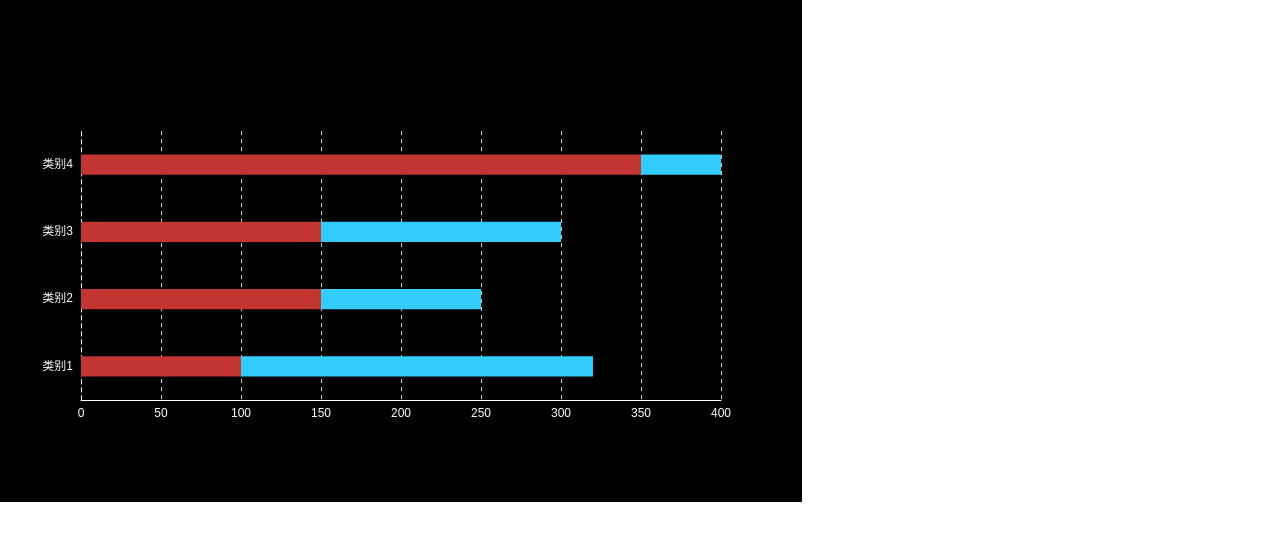
Repository: 572031690/echartproj
Page: /#/test
An editor plug-in stored every save of this project. The page is shown before and after the next save, followed by the edit.
The browser window is 1280 px wide. The pictures show the whole page.
The project was rebuilt for these pictures with package versions that can differ from the ones it lists, and the page was loaded fresh each time. Also part of the build but not shown: vue.config.js, src/components/Seller.vue, src/views/SellerPage.vue, src/utils/theme_utils.js, src/components/Trend.vue, src/views/TrendPage.vue, src/utils/map_utils.js, src/components/Map.vue and 9 more.

Above is the page before, as saved 2021-08-05 10:30:24.

### public/index.html
<!DOCTYPE html>
<html lang="en">
  <head>
    <meta charset="utf-8">
    <meta http-equiv="X-UA-Compatible" content="IE=edge">
    <meta name="viewport" content="width=device-width,initial-scale=1.0">
    <link rel="icon" href="<%= BASE_URL %>favicon.ico">
    <title><%= htmlWebpackPlugin.options.title %></title>
  </head>
  <body>
    <noscript>
      <strong>We're sorry but <%= htmlWebpackPlugin.options.title %> doesn't work properly without JavaScript enabled. Please enable it to continue.</strong>
    </noscript>
    <div id="app"></div>
    <!-- built files will be auto injected -->
    <!-- 一旦通过script标签引入的echarts.js的文件之后呢, window.echarts -->
    <script src="static/lib/echarts.min.js"></script>
    <!-- 引入主题的js文件 -->
    <script src="static/theme/chalk.js"></script>
    <script src="static/theme/vintage.js"></script>
  </body>
</html>

### src/main.js
import Vue from 'vue'
import App from './App.vue'
import router from './router'
import store from './store'
// 引入字体的文件
import './assets/font/iconfont.css'
// 引入全局的样式文件
import './assets/css/global.less'
import axios from 'axios'
import SocketService from './utils/socket_service'

// 调用socket **********
// import SocketService from '@/utils/socket_service'
// 对服务端进行webSocket连接 *********
// SocketService.Instance.connect()
// Vue.prototype.$socket = SocketService.Instance

// 请求基准路径的配置
axios.defaults.baseURL = 'http://127.0.0.1:8888/api/'
// 将axios挂载到Vue的原型对象上
// 在别的组件中 this.$http
Vue.prototype.$http = axios

// 将全局的echarts对象挂载到Vue的原型对象上
// 别的组件中 this.$echarts
Vue.prototype.$echarts = window.echarts

Vue.config.productionTip = false

new Vue({
  router,
  store,
  render: h => h(App)
}).$mount('#app')

### src/App.vue
<template>
  <div id="app">
    <!-- 路由占位符 -->
    <router-view></router-view>
  </div>
</template>

<style lang="less">

</style>

### src/router/index.js
import Vue from 'vue'
import VueRouter from 'vue-router'
import SellerPage from '@/views/SellerPage'
import TrendPage from '@/views/TrendPage'
import MapPage from '@/views/MapPage'
import RankPage from '@/views/RankPage'
import HotPage from '@/views/HotPage'
import StockPage from '@/views/StockPage'
import Test from '../components/Test.vue'
import ScreenPage from '@/views/ScreenPage'

Vue.use(VueRouter)

const routes = [
  {
    path: '/',
    redirect: '/screen'
  },
  {
    path: '/screen',
    component: ScreenPage
  },
  {
    path: '/sellerpage',
    component: SellerPage
  },
  {
    path: '/trendpage',
    component: TrendPage
  },
  {
    path: '/mappage',
    component: MapPage
  },
  {
    path: '/rankpage',
    component: RankPage
  },
  {
    path: '/hotpage',
    component: HotPage
  },
  {
    path: '/stockpage',
    component: StockPage
  },
  {
    path: '/test',
    component: Test
  }

]

const router = new VueRouter({
  routes
})

export default router

### src/store/index.js
import Vue from 'vue'
import Vuex from 'vuex'

Vue.use(Vuex)

export default new Vuex.Store({
  state: {
    theme: 'chalk'
  },
  mutations: {
    changeTheme (state) {
      if(state.theme === 'chalk'){
        state.theme = 'vintage'
      }else{
        state.theme = 'chalk'
      }
    }
  },
  actions: {
  },
  modules: {
  }
})

### src/assets/css/global.less
html, body, #app {
  width: 100%;
  height: 100%;
  padding: 0;
  margin: 0;
  overflow: hidden;
}

.com-page {
  width: 100%;
  height: 100%;
  overflow: hidden;
}

.com-container {
  width: 100%;
  height: 100%;
  overflow: hidden;
  position: relative;
}

.com-chart {
  width: 100%;
  height: 100%;
  overflow: hidden;
}

canvas {
  border-radius: 20px;
}

/*无法选中图片文字方法*/
span,div,img{
  user-select:none;
}

### src/utils/socket_service.js
export default class SocketService {
    // 单例的设计模式
    //如果别人通过get Instance 来的到我的实例对象 那我只会给他返回同一个实例对象
    static instance = null
    static get Instance() {
        if (!this.instance) {
            this.instance = new SocketService()
        }
        return this.instance
    }

    //和服务端连接的socket对象
    ws = null
    //存储回调函数
    callBackMapping = {}
    //定义连接服务器的方法
    connect() {
        //连接服务器
        if (!window.WebSocket) {
            return console.log('你的浏览器不支持WebSocket');
        }
        this.ws = new WebSocket('ws://localhost:9998')

        //连接服务端成功
        this.ws.onopen = () => {
            console.log('连接服务端成功');
        }
        //连接服务端失败
        this.ws.onclose = () => {
            console.log('连接服务端失败');
        }
        //得到服务端发送过来的数据
        this.ws.onmessage = msg => {
            console.log('从服务端获取数据');
            //得到的数据在msg的data里面
            // console.log(msg.data);
            const recvData = JSON.parse(msg.data)
            const socketType = recvData.socketType
            //判断回调函数是否存在
            if(this.callBackMapping[socketType]){
                const action = recvData.action
                if(action === 'getData') {
                    const realData = JSON.parse(recvData.data)
                    this.callBackMapping[socketType]
                }else if( action === 'fullScreen') {

                }else if(action === 'themeChange') {

                }
            }
        }
    }
    //回调函数的注册
    registerCallBack(socketType, callBack) {
        this.callBackMapping[socketType] = callBack
    }
    //取消某一个回调函数
    unRegisterCallBack(socketType) {
        this.callBackMapping[socketType] = null
    }

}

### src/components/Test.vue
<template>
  <div class="line-chart" ref="mybar">
    123
  </div>
</template>

<script>
export default {
  mounted() {
    this.getData();
    this.initChart();
  },
  data() {
    return {
      chartInstance: null,
      seriesData: [
        [100, 320],
        [150, 250],
        [150, 300],
        [350, 400]
      ],
      barChart: {
        xAxisData: ["类别1", "类别2", "类别3", "类别4"],
        dataList: []
      }
    };
  },
  methods: {
    initChart() {
      const chartInstance = this.$echarts.init(this.$refs.mybar);
      const option = {
        grid: [
          {
            top: 130,
            bottom: 101
          }
        ],
        yAxis: [
          {
            type: "category",
            data: this.barChart.xAxisData,
            // gridIndex: 0, // x 轴所在的 grid 的索引，默认位于第一个 grid。
            axisLabel: {
              color: "#fff" // 刻度标签文字的颜色
            },
            axisLine: {
              // 设置轴线
              lineStyle: {
                color: "#fff",
                type: "dashed"
              }
            },
            axisTick: {
              show: false // 是否显示坐标轴刻度。
            }
          }
        ],
        xAxis: [
          {
            interval: 50, // 强制设置坐标轴刻度间隔值
            // scale: true,
            type: "value",
            // gridIndex: 0,
            axisLabel: {
              // 刻度标签文字的颜色
              color: "#fff"
            },
            splitLine: {
              // x轴竖线
              lineStyle: {
                // color: "rgba(255, 255, 255, 45)"
                type: "dashed"
              }
            },
            axisLine: {
              // 设置轴线
              show: true,
              // 设置轴线
              lineStyle: {
                color: "#fff"
              }
            },
            axisTick: {
              show: false // 是否显示坐标轴刻度。
            }
          }
        ],
        series: [
          {
            stack: "类1",
            barWidth: "30%", // 宽度
            itemStyle: {
              // color: "#3366cc"
            },
            opacity: 0,
            data: this.barChart.dataList[0],
            type: "bar"
          },
          {
            label: {
              show: false
            },
            stack: "类1",
            xAxisIndex: 0,
            barWidth: "30%", // 宽度
            itemStyle: {
              color: "#33ccff"
            },
            data: this.barChart.dataList[1],
            type: "bar"
          }
        ]
      };
      chartInstance.setOption(option);
    },
    getData() {
      this.barChart.dataList[0] = this.seriesData.map(item => {
        return item[0];
      });
      this.barChart.dataList[1] = this.seriesData.map(item => {
        return item[1] - item[0];
      });
      console.log(this.barChart.dataList);
    }
  }
};
</script>

<style>
.line-chart {
  width: 800px;
  height: 500px;
  border: 1px solid black;
  background: #000;
}
</style>

### public/static/theme/vintage.js
(function (root, factory) {
    if (typeof define === 'function' && define.amd) {
        // AMD. Register as an anonymous module.
        define(['exports', 'echarts'], factory);
    } else if (typeof exports === 'object' && typeof exports.nodeName !== 'string') {
        // CommonJS
        factory(exports, require('echarts'));
    } else {
        // Browser globals
        factory({}, root.echarts);
    }
}(this, function (exports, echarts) {
    var log = function (msg) {
        if (typeof console !== 'undefined') {
            console && console.error && console.error(msg);
        }
    };
    if (!echarts) {
        log('ECharts is not Loaded');
        return;
    }
    echarts.registerTheme('vintage', {
        "color": [
            '#0ba82c',
            '#2c6eff',
            '#16f2d9',
            '#fe211e',
            '#fa6900',
            "#eedd78",
            "#73a373",
            "#73b9bc",
            "#7289ab",
            "#91ca8c",
            "#f49f42"
        ],
        "backgroundColor": "#ffffff",
        "textStyle": {},
        "title": {
            "textStyle": {
                "color": "#333333"
            },
            "subtextStyle": {
                "color": "#aaa"
            }
        },
        "line": {
            "itemStyle": {
                "normal": {
                    "borderWidth": "4"
                }
            },
            "lineStyle": {
                "normal": {
                    "width": "3"
                }
            },
            "symbolSize": "0",
            "symbol": "circle",
            "smooth": true
        },
        "radar": {
            "itemStyle": {
                "normal": {
                    "borderWidth": 1
                }
            },
            "lineStyle": {
                "normal": {
                    "width": 2
                }
            },
            "symbolSize": 4,
            "symbol": "emptyCircle",
            "smooth": false
        },
        "bar": {
            "itemStyle": {
                "normal": {
                    "barBorderWidth": 0,
                    "barBorderColor": "#ccc"
                },
                "emphasis": {
                    "barBorderWidth": 0,
                    "barBorderColor": "#ccc"
                }
            }
        },
        "pie": {
            "itemStyle": {
                "normal": {
                    "borderWidth": 0,
                    "borderColor": "#ccc"
                },
                "emphasis": {
                    "borderWidth": 0,
                    "borderColor": "#ccc"
                }
            }
        },
        "scatter": {
            "itemStyle": {
                "normal": {
                    "borderWidth": 0,
                    "borderColor": "#ccc"
                },
                "emphasis": {
                    "borderWidth": 0,
                    "borderColor": "#ccc"
                }
            }
        },
        "boxplot": {
            "itemStyle": {
                "normal": {
                    "borderWidth": 0,
                    "borderColor": "#ccc"
                },
                "emphasis": {
                    "borderWidth": 0,
                    "borderColor": "#ccc"
                }
            }
        },
        "parallel": {
            "itemStyle": {
                "normal": {
                    "borderWidth": 0,
                    "borderColor": "#ccc"
                },
                "emphasis": {
                    "borderWidth": 0,
                    "borderColor": "#ccc"
                }
            }
        },
        "sankey": {
            "itemStyle": {
                "normal": {
                    "borderWidth": 0,
                    "borderColor": "#ccc"
                },
                "emphasis": {
                    "borderWidth": 0,
                    "borderColor": "#ccc"
                }
            }
        },
        "funnel": {
            "itemStyle": {
                "normal": {
                    "borderWidth": 0,
                    "borderColor": "#ccc"
                },
                "emphasis": {
                    "borderWidth": 0,
                    "borderColor": "#ccc"
                }
            }
        },
        "gauge": {
            "itemStyle": {
                "normal": {
                    "borderWidth": 0,
                    "borderColor": "#ccc"
                },
                "emphasis": {
                    "borderWidth": 0,
                    "borderColor": "#ccc"
                }
            }
        },
        "candlestick": {
            "itemStyle": {
                "normal": {
                    "color": "#c23531",
                    "color0": "#314656",
                    "borderColor": "#c23531",
                    "borderColor0": "#314656",
                    "borderWidth": 1
                }
            }
        },
        "graph": {
            "itemStyle": {
                "normal": {
                    "borderWidth": 0,
                    "borderColor": "#ccc"
                }
            },
            "lineStyle": {
                "normal": {
                    "width": 1,
                    "color": "#aaa"
                }
            },
            "symbolSize": 4,
            "symbol": "emptyCircle",
            "smooth": false,
            "color": [
                "#d87c7c",
                "#919e8b",
                "#d7ab82",
                "#6e7074",
                "#61a0a8",
                "#efa18d",
                "#787464",
                "#cc7e63",
                "#724e58",
                "#4b565b"
            ],
            "label": {
                "normal": {
                    "textStyle": {
                        "color": "#eee"
                    }
                }
            }
        },
        "map": {
            "itemStyle": {
                "normal": {
                    "areaColor": "#eeeeee",
                    "borderColor": "#444444",
                    "borderWidth": 0.5
                },
                "emphasis": {
                    "areaColor": "rgba(255,215,0,0.8)",
                    "borderColor": "#444444",
                    "borderWidth": 1
                }
            },
            "label": {
                "normal": {
                    "textStyle": {
                        "color": "#000000"
                    }
                },
                "emphasis": {
                    "textStyle": {
                        "color": "rgb(100,0,0)"
                    }
                }
            }
        },
        "geo": {
            "itemStyle": {
                "normal": {
                    "areaColor": "#eeeeee",
                    "borderColor": "#444444",
                    "borderWidth": 0.5
                },
                "emphasis": {
                    "areaColor": "rgba(255,215,0,0.8)",
                    "borderColor": "#444444",
                    "borderWidth": 1
                }
            },
            "label": {
                "normal": {
                    "textStyle": {
                        "color": "#000000"
                    }
                },
                "emphasis": {
                    "textStyle": {
                        "color": "rgb(100,0,0)"
                    }
                }
            }
        },
        "categoryAxis": {
            "axisLine": {
                "show": true,
                "lineStyle": {
                    "color": "#333"
                }
            },
            "axisTick": {
                "show": true,
                "lineStyle": {
                    "color": "#333"
                }
            },
            "axisLabel": {
                "show": true,
                "textStyle": {
                    "color": "#999"
                }
            },
            "splitLine": {
                "show": false,
                "lineStyle": {
                    "color": [
                        "#ccc"
                    ]
                }
            },
            "splitArea": {
                "show": false,
                "areaStyle": {
                    "color": [
                        "rgba(250,250,250,0.3)",
                        "rgba(200,200,200,0.3)"
                    ]
                }
            }
        },
        "valueAxis": {
            "axisLine": {
                "show": true,
                "lineStyle": {
                    "color": "#666666"
                }
            },
            "axisTick": {
                "show": false,
                "lineStyle": {
                    "color": "#333"
                }
            },
            "axisLabel": {
                "show": true,
                "textStyle": {
                    "color": "#aaaaaa"
                }
            },
            "splitLine": {
                "show": false,
                "lineStyle": {
                    "color": [
                        "#e6e6e6"
                    ]
                }
            },
            "splitArea": {
                "show": false,
                "areaStyle": {
                    "color": [
                        "rgba(250,250,250,0.05)",
                        "rgba(200,200,200,0.02)"
                    ]
                }
            }
        },
        "logAxis": {
            "axisLine": {
                "show": true,
                "lineStyle": {
                    "color": "#333"
                }
            },
            "axisTick": {
                "show": true,
                "lineStyle": {
                    "color": "#333"
                }
            },
            "axisLabel": {
                "show": true,
                "textStyle": {
                    "color": "#333"
                }
            },
            "splitLine": {
                "show": true,
                "lineStyle": {
                    "color": [
                        "#ccc"
                    ]
                }
            },
            "splitArea": {
                "show": false,
                "areaStyle": {
                    "color": [
                        "rgba(250,250,250,0.3)",
                        "rgba(200,200,200,0.3)"
                    ]
                }
            }
        },
        "timeAxis": {
            "axisLine": {
                "show": true,
                "lineStyle": {
                    "color": "#333"
                }
            },
            "axisTick": {
                "show": true,
                "lineStyle": {
                    "color": "#333"
                }
            },
            "axisLabel": {
                "show": true,
                "textStyle": {
                    "color": "#333"
                }
            },
            "splitLine": {
                "show": true,
                "lineStyle": {
                    "color": [
                        "#ccc"
                    ]
                }
            },
            "splitArea": {
                "show": false,
                "areaStyle": {
                    "color": [
                        "rgba(250,250,250,0.3)",
                        "rgba(200,200,200,0.3)"
                    ]
                }
            }
        },
        "toolbox": {
            "iconStyle": {
                "normal": {
                    "borderColor": "#999999"
                },
                "emphasis": {
                    "borderColor": "#666666"
                }
            }
        },
        "legend": {
            "textStyle": {
                "color": "#333333"
            }
        },
        "tooltip": {
            "axisPointer": {
                "lineStyle": {
                    "color": "#cccccc",
                    "width": 1
                },
                "crossStyle": {
                    "color": "#cccccc",
                    "width": 1
                }
            }
        },
        "timeline": {
            "lineStyle": {
                "color": "#293c55",
                "width": 1
            },
            "itemStyle": {
                "normal": {
                    "color": "#293c55",
                    "borderWidth": 1
                },
                "emphasis": {
                    "color": "#a9334c"
                }
            },
            "controlStyle": {
                "normal": {
                    "color": "#293c55",
                    "borderColor": "#293c55",
                    "borderWidth": 0.5
                },
                "emphasis": {
                    "color": "#293c55",
                    "borderColor": "#293c55",
                    "borderWidth": 0.5
                }
            },
            "checkpointStyle": {
                "color": "#e43c59",
                "borderColor": "rgba(194,53,49,0.5)"
            },
            "label": {
                "normal": {
                    "textStyle": {
                        "color": "#293c55"
                    }
                },
                "emphasis": {
                    "textStyle": {
                        "color": "#293c55"
                    }
                }
            }
        },
        "visualMap": {
            "color": [
                "#bf444c",
                "#d88273",
                "#f6efa6"
            ]
        },
        "dataZoom": {
            "backgroundColor": "rgba(47,69,84,0)",
            "dataBackgroundColor": "rgba(47,69,84,0.3)",
            "fillerColor": "rgba(167,183,204,0.4)",
            "handleColor": "#a7b7cc",
            "handleSize": "100%",
            "textStyle": {
                "color": "#333333"
            }
        },
        "markPoint": {
            "label": {
                "normal": {
                    "textStyle": {
                        "color": "#eee"
                    }
                },
                "emphasis": {
                    "textStyle": {
                        "color": "#eee"
                    }
                }
            }
        }
    });
}));

Loaded but not shown: src/assets/font/iconfont.css (common file); public/static/lib/echarts.min.js (library); public/static/theme/chalk.js (521 lines, source omitted)

After the next save:
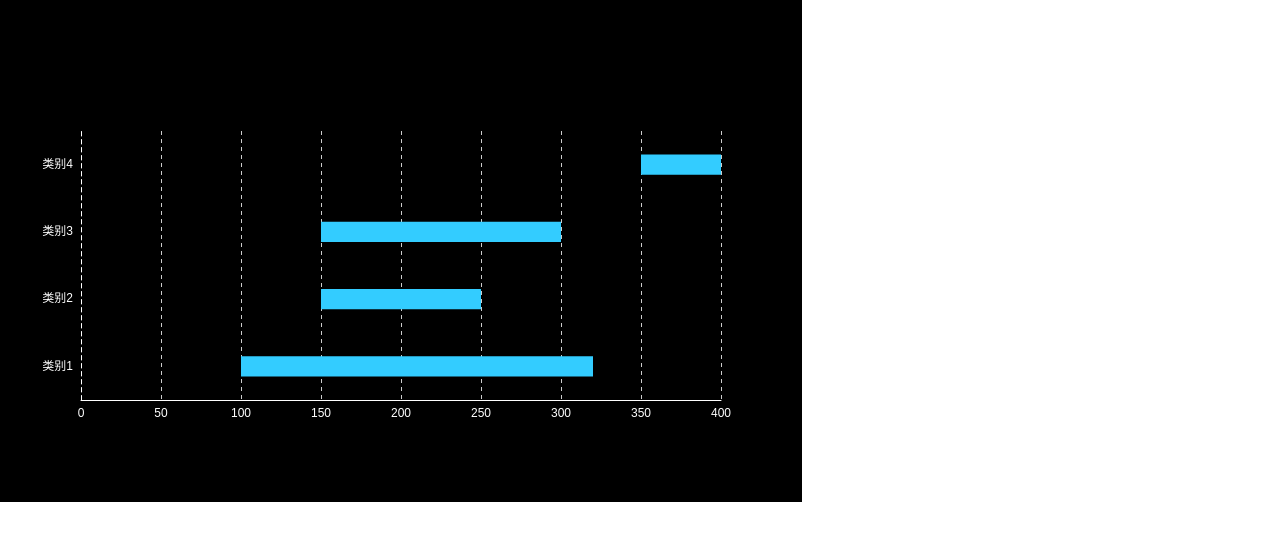
Saved 22 s later.
--- a/src/components/Test.vue
+++ b/src/components/Test.vue
@@ -91,8 +91,8 @@ export default {
             barWidth: "30%", // 宽度
             itemStyle: {
               // color: "#3366cc"
+              opacity: 0
             },
-            opacity: 0,
             data: this.barChart.dataList[0],
             type: "bar"
           },
